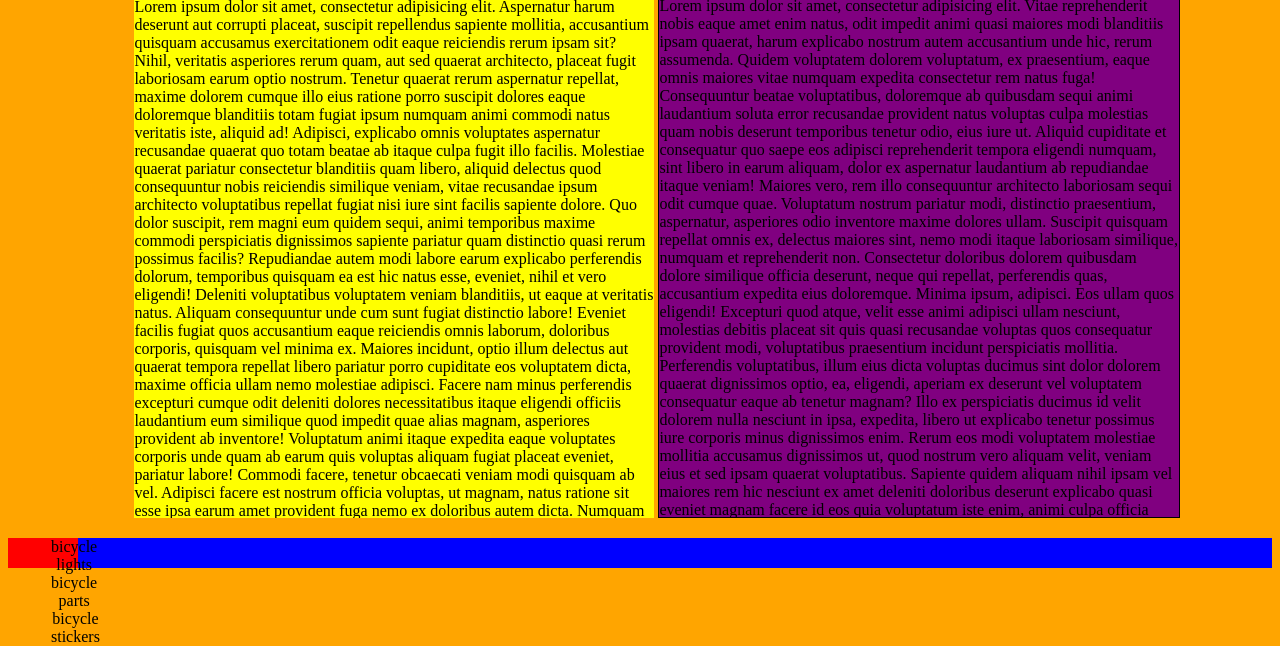
Repository: Danieldev28/Responsive-Web
Page: index.html
The author's editor kept a record of every edit. The page is drawn from the files as they stood at one moment, then again after the next edit.
The browser window is 1280 px wide. The pictures show the part of the page from y = 502 to 1148 px (the page is 1148 px tall).
A picture or video elsewhere on the page could not be fetched, so the positions and the page height are approximate. An inner scrolling area shows only its first screen.

Above is the page before.

### index.html
<!DOCTYPE html>
<html lang="en">
<head>
    <meta charset="UTF-8">
    <meta name="viewport" content="width=device-width, initial-scale=1.0">
    <meta http-equiv="X-UA-Compatible" content="ie=edge">
    <title>Document</title>
    <link rel="stylesheet"href="style.css"type="text/css">
</head>
<body>
    <nav>
   <ul>
       <li>Red bicycle</li>
       <li>Blue bicycle</li>
       <li>Green bicycle</li>
   </ul>
    </nav>
    <!--Introduction-->
    <header>
        <div class="content-wrap">
         <p>This is some text that will go inside. I hope that you have heard of
         <a href="https://www.blogto.com/sports_play/2015/04/the_top_25_bike_stores_in_toronto_by_neighbourhood/"target="_blank">List of bikes shops in Toronto</a></p>
         <img src="http://ridenicebike.com/site/wp-content/uploads/2017/09/DSC_1904-555x370.jpg" alt="This page is about bicycles" class="col-narrow">
             <div class="col-wide">
        <h1> This is the title of my page</h1>
        <h2> this is some more descripton</h2>
        <p>fasdfdsagfahfhgdshdfhfdhfdshafgagfasg paragraph.</p>
        </div>
    </div>
    </header>
    <!--main content-->
    <section class="category">
        <div class="content-wrap">
        <div id="borderbox1">Lorem ipsum dolor sit amet, consectetur adipisicing elit. Aspernatur harum deserunt aut corrupti placeat, suscipit repellendus sapiente mollitia, accusantium quisquam accusamus exercitationem odit eaque reiciendis rerum ipsam sit? Nihil, veritatis asperiores rerum quam, aut sed quaerat architecto, placeat fugit laboriosam earum optio nostrum. Tenetur quaerat rerum aspernatur repellat, maxime dolorem cumque illo eius ratione porro suscipit dolores eaque doloremque blanditiis totam fugiat ipsum numquam animi commodi natus veritatis iste, aliquid ad! Adipisci, explicabo omnis voluptates aspernatur recusandae quaerat quo totam beatae ab itaque culpa fugit illo facilis. Molestiae quaerat pariatur consectetur blanditiis quam libero, aliquid delectus quod consequuntur nobis reiciendis similique veniam, vitae recusandae ipsum architecto voluptatibus repellat fugiat nisi iure sint facilis sapiente dolore. Quo dolor suscipit, rem magni eum quidem sequi, animi temporibus maxime commodi perspiciatis dignissimos sapiente pariatur quam distinctio quasi rerum possimus facilis? Repudiandae autem modi labore earum explicabo perferendis dolorum, temporibus quisquam ea est hic natus esse, eveniet, nihil et vero eligendi! Deleniti voluptatibus voluptatem veniam blanditiis, ut eaque at veritatis natus. Aliquam consequuntur unde cum sunt fugiat distinctio labore! Eveniet facilis fugiat quos accusantium eaque reiciendis omnis laborum, doloribus corporis, quisquam vel minima ex. Maiores incidunt, optio illum delectus aut quaerat tempora repellat libero pariatur porro cupiditate eos voluptatem dicta, maxime officia ullam nemo molestiae adipisci. Facere nam minus perferendis excepturi cumque odit deleniti dolores necessitatibus itaque eligendi officiis laudantium eum similique quod impedit quae alias magnam, asperiores provident ab inventore! Voluptatum animi itaque expedita eaque voluptates corporis unde quam ab earum quis voluptas aliquam fugiat placeat eveniet, pariatur labore! Commodi facere, tenetur obcaecati veniam modi quisquam ab vel. Adipisci facere est nostrum officia voluptas, ut magnam, natus ratione sit esse ipsa earum amet provident fuga nemo ex doloribus autem dicta. Numquam eos quam, perferendis facilis voluptatem laboriosam veniam aut dicta sapiente, repellat id. Nulla, libero recusandae est exercitationem quasi nam qui, delectus hic ducimus eius perferendis earum aliquid distinctio beatae ipsa odio. Sint earum aspernatur, amet atque in assumenda! Dolorum iste, pariatur quo omnis. Quidem eveniet voluptatum enim dicta voluptatibus delectus numquam, fuga ipsa eos, dolorem mollitia quos iure nihil, maxime quas accusamus similique! Reprehenderit quod doloribus excepturi ex error tempora sed dolorem nulla vitae! Architecto quis, officiis debitis. Voluptatum fugiat fuga, temporibus repudiandae vero minus excepturi optio incidunt, culpa hic harum, ratione ipsam in rerum delectus quos soluta maxime commodi laborum non illum neque aliquid nihil deleniti. Ut ea, porro eum corporis odit maxime provident nulla asperiores deserunt autem sunt, sequi, praesentium neque architecto officia explicabo, sed? Sint tempore tempora quos rem saepe! Quo quod tenetur asperiores, et, cumque vel rem natus reiciendis, sunt voluptatem numquam error quos dolor reprehenderit nisi nesciunt iure, pariatur. Culpa id facere sit ab quibusdam repellat ducimus reiciendis, ad atque cum dolorem sed enim accusantium nobis qui ea, ut facilis quidem voluptatibus minima eos beatae nemo blanditiis aliquam! Doloribus quo accusantium omnis necessitatibus rerum sunt, rem id consequuntur quidem facere facilis quis dolores, asperiores ab modi, velit commodi eaque sint et? Amet possimus iste quam recusandae rem.</div>
        <div id="borderbox2">Lorem ipsum dolor sit amet, consectetur adipisicing elit. Vitae reprehenderit nobis eaque amet enim natus, odit impedit animi quasi maiores modi blanditiis ipsam quaerat, harum explicabo nostrum autem accusantium unde hic, rerum assumenda. Quidem voluptatem dolorem voluptatum, ex praesentium, eaque omnis maiores vitae numquam expedita consectetur rem natus fuga! Consequuntur beatae voluptatibus, doloremque ab quibusdam sequi animi laudantium soluta error recusandae provident natus voluptas culpa molestias quam nobis deserunt temporibus tenetur odio, eius iure ut. Aliquid cupiditate et consequatur quo saepe eos adipisci reprehenderit tempora eligendi numquam, sint libero in earum aliquam, dolor ex aspernatur laudantium ab repudiandae itaque veniam! Maiores vero, rem illo consequuntur architecto laboriosam sequi odit cumque quae. Voluptatum nostrum pariatur modi, distinctio praesentium, aspernatur, asperiores odio inventore maxime dolores ullam. Suscipit quisquam repellat omnis ex, delectus maiores sint, nemo modi itaque laboriosam similique, numquam et reprehenderit non. Consectetur doloribus dolorem quibusdam dolore similique officia deserunt, neque qui repellat, perferendis quas, accusantium expedita eius doloremque. Minima ipsum, adipisci. Eos ullam quos eligendi! Excepturi quod atque, velit esse animi adipisci ullam nesciunt, molestias debitis placeat sit quis quasi recusandae voluptas quos consequatur provident modi, voluptatibus praesentium incidunt perspiciatis mollitia. Perferendis voluptatibus, illum eius dicta voluptas ducimus sint dolor dolorem quaerat dignissimos optio, ea, eligendi, aperiam ex deserunt vel voluptatem consequatur eaque ab tenetur magnam? Illo ex perspiciatis ducimus id velit dolorem nulla nesciunt in ipsa, expedita, libero ut explicabo tenetur possimus iure corporis minus dignissimos enim. Rerum eos modi voluptatem molestiae mollitia accusamus dignissimos ut, quod nostrum vero aliquam velit, veniam eius et sed ipsam quaerat voluptatibus. Sapiente quidem aliquam nihil ipsam vel maiores rem hic nesciunt ex amet deleniti doloribus deserunt explicabo quasi eveniet magnam facere id eos quia voluptatum iste enim, animi culpa officia ipsa! Praesentium id fugit perspiciatis provident quam neque architecto officiis consequatur ipsum doloremque ipsa quibusdam aliquam adipisci, consequuntur excepturi quia sed nesciunt incidunt deserunt ipsam, vitae laboriosam non deleniti quis saepe! Eius libero expedita ea vel consectetur corrupti illo iure assumenda. Delectus architecto totam ipsa aliquid ex facere corrupti itaque perferendis aperiam obcaecati expedita repellat, adipisci amet temporibus odio quo alias. Vitae aperiam neque, ad animi at amet repellendus nam pariatur minus placeat sapiente modi id quidem quam voluptatum sed tempora ea omnis quis reiciendis perspiciatis! Voluptatum in, exercitationem qui eligendi ullam mollitia omnis magni perspiciatis praesentium voluptates hic voluptate cupiditate possimus incidunt aliquid unde recusandae, ut, sunt a facilis. Eligendi earum doloremque autem aperiam dolorem quo, similique quis quia, quos tempora officia. Dolorum iste cumque asperiores, repellat fugit ad ducimus, corporis quod, eos dicta laborum aperiam. Repudiandae eaque, voluptatem consectetur dolorem voluptas magni animi nihil asperiores, totam quam! Veniam eligendi reiciendis, repellat blanditiis rem error natus similique illum. Voluptate architecto doloremque delectus dignissimos iste reiciendis aut vel perferendis est. Voluptatum nemo, aliquid quidem commodi libero corporis distinctio sunt, officia, similique natus rem error est itaque nam fugit placeat voluptas laborum. Modi quidem dolor laborum voluptatem cum? Odit a sint dolores dolor, quaerat animi consequatur mollitia, impedit, expedita nisi, eveniet cumque nihil.</div>
    </section>

    <!--end of my page-->
    <footer>
     <div class="footer">
     <nav>
   <ul>
       <li>bicycle lights</li>
       <li>bicycle parts</li>
       <li>bicycle stickers</li>
   </ul>
    </nav>
    </div>
    </footer>
       <!--
    <p>This is some text that will go inside. I hope that you have heard of
       <a href="https://www.blogto.com/sports_play/2015/04/the_top_25_bike_stores_in_toronto_by_neighbourhood/"target="_blank">List of bikes shops in Toronto</a></p>

            <h2>bicycle one</h2>
            <aricle>
                <p>dsflds;hafldsklfdhfds</p>
            <div class="card">
            <a href="http://ridenicebike.com/site/">
            <img src="http://ridenicebike.com/site/wp-content/uploads/2017/09/DSC_1904-555x370.jpg"></a>
            <h2>My 1st Nice Bike</h2>
            </div>
            </article>
           <h2>bicycle two</h2>
            <div class="card">
            <a href="http://ridenicebike.com/site/">
            <img src="http://blog.fairwheelbikes.com/wp-content/uploads/2017/10/Parlee_Altum_1_SM.jpg"></a>
            <h2>My second Bicycle/h2>
-->
    </body>
</html>

### style.css
nav ul{
 list-style:none;
 background-color:red;
 text-align:center;
 width: 30px;
 height:30px;
}
nav li {
 display:inline-block;
 margin-left: 10%;
 margin-right:10%;


}

.col-narrow {
 width:25%;
 height:25%;

}
h1 {
 text-align: center;
 text-decoration:underline;
 letter-spacing:5px;
 text-transform: Capitalize;
 font-style:italic;
 text-shadow: 5px 10px 0px #777;
}
footer{
 background-color:blue;
}

body {
 background-color: orange;
}

#borderbox1 {
 width: 520px;
 height: 520px;
 display:inline-block;
 margin-left:10%;
 background-color:maroon;
 overflow:scroll;

}

#borderbox2 {
 width: 520px;
 height: 520px;
 border: 1px solid black;
 display:inline-block;
 margin-right:2.5%;
 background-color: green;
 overflow:scroll;

}
@media(min-width:700px){
 #borderbox1 {
  background-color:yellow;


}
#borderbox2{
 background-color: purple;

}
}

After the next edit:
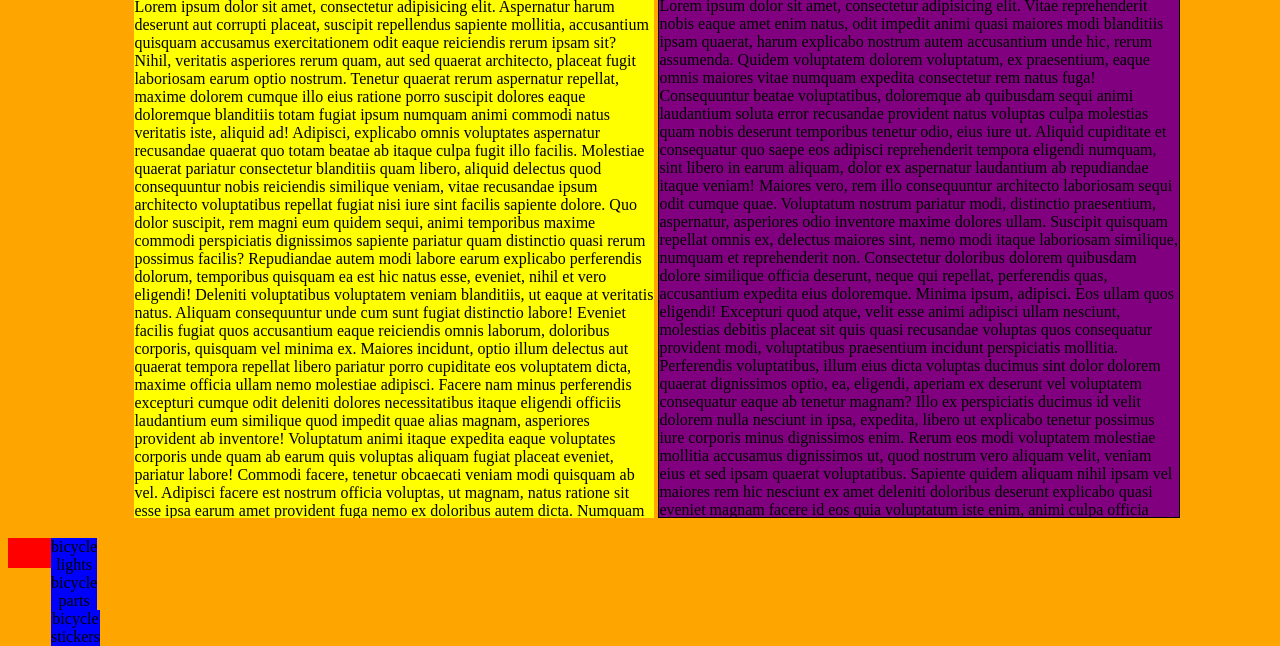
The edit:
--- a/style.css
+++ b/style.css
@@ -26,7 +26,7 @@
  font-style:italic;
  text-shadow: 5px 10px 0px #777;
 }
-footer{
+footer ul li{
  background-color:blue;
 }
 
